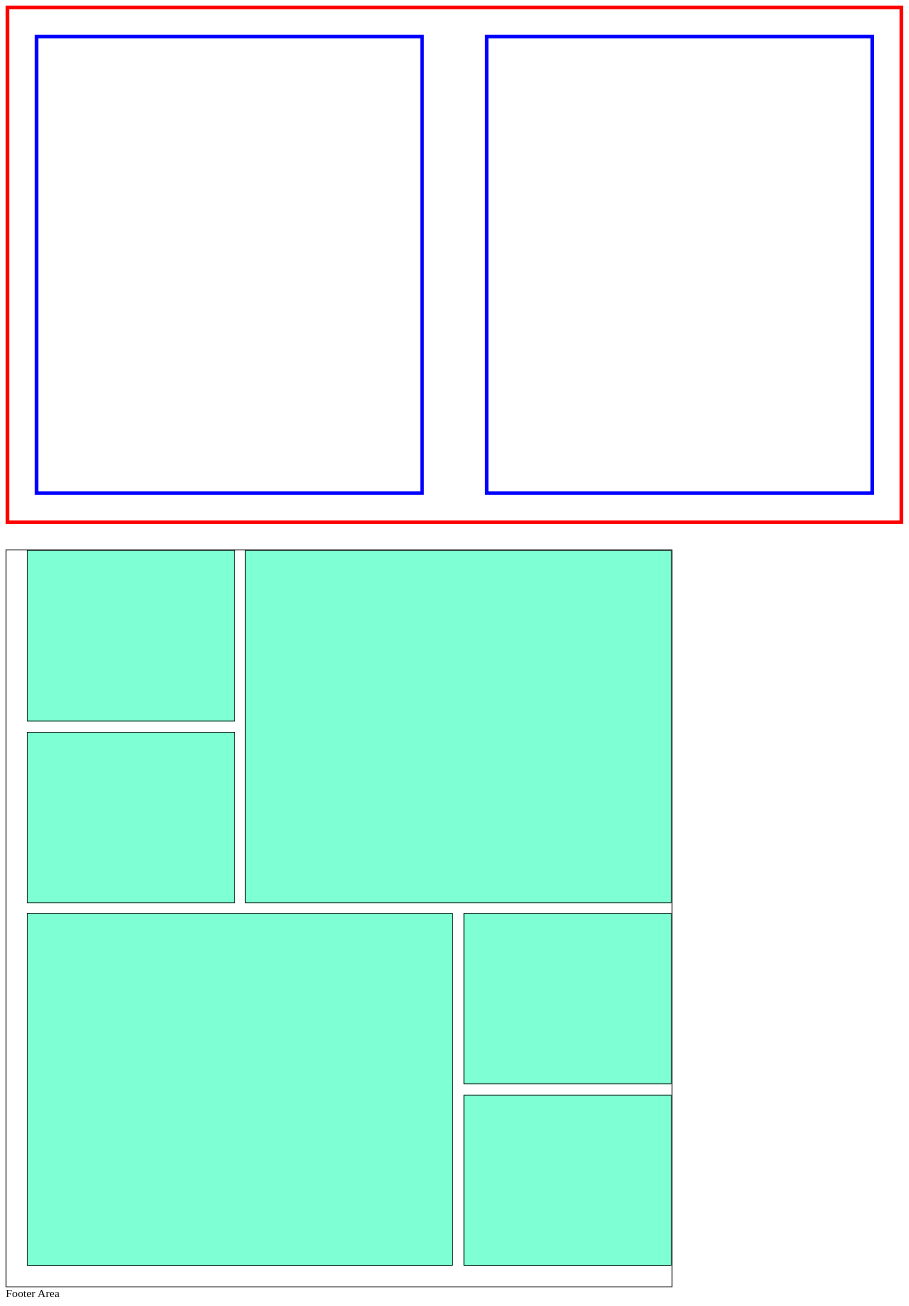
Repository: BwesewB/Brutalist-Website
Page: /
An editor plug-in stored every save of this project. The page is shown before and after the next save, followed by the edit.
The browser window is 1280 px wide. The pictures show the whole page, at 71% of full size.
The project was rebuilt for these pictures with package versions that can differ from the ones it lists, and the page was loaded fresh each time. The framework's server and built-in components were replaced by stand-ins that run in the browser. Also part of the build but not shown: next.config.mjs.

Above is the page before, as saved 2024-02-03 17:17:51.

### pages/index.js
import Head from "next/head";
import Image from "next/image";
import styles from "@/styles/Home.module.css";
import { useState } from "react";



export default function Home() {

  const[input,setInput] = useState();


  const classFilters = {
    1: 'Magician',
    2: 'Theif',
    4: 'Warrior',
    8: 'Bowman',
    16: 'Pirate',
    32: 'Nothing'
  }

const getClassStyle = flagValue => (input & flagValue) > 0 ? { backgroundColor: 'yellow'} : null;

  return (
    <>
      <Head>
        <title>Create Next App</title>
        <meta name="description" content="Generated by create next app" />
        <meta name="viewport" content="width=device-width, initial-scale=1" />
        <link rel="icon" href="/favicon.ico" />
      </Head>
      <main className={`${styles.main}`}>
        <div className={styles.titlePage}>
          <div className={styles.graphic}></div>
          <div className={styles.inputArea}></div>
        </div>
        <div className={styles.displayArea}>
          <div className={styles.posterOne}></div>
          <div className={styles.posterTwo}></div>
          <div className={styles.posterThree}></div>
          <div className={styles.posterFour}></div>
          <div className={styles.posterFive}></div>
          <div className={styles.posterSix}></div>
        </div>
      </main>
      <footer>
        Footer Area
      </footer>
    </>
  );
}

{/* <div class="inputArea">
<input
id="input"
type="text"
placeholder="bitmask decimal value"
value={input}
onChange={event => setInput(event.target.value)}
/>
</div>
<div class="posterArea" >                                                             need to change to posters
<table>
  <tbody>
    {
      Object.keys(classFilters).map(item => (
        <tr key={item} style={getClassStyle(item)}>
          <td>{item}</td>
          <td>{classFilters[item]}</td>
        </tr>
      ))
    }
  </tbody>
</table>
</div> */}

### styles/globals.css
:root{

}

### styles/Home.module.css
.main {
  display:grid;
  grid-template-columns: repeat(4, 1fr);
  gap:5vh;
}

/* <div class="titlePage">
<div class="graphic"></div>
<div class="inputArea"></div>
</div>
<div class="displayArea">
<div class="posterOne"></div>
<div class="posterTwo"></div>
<div class="posterThree"></div>
<div class="posterFour"></div>
<div class="posterFive"></div>
<div class="posterSix"></div>
</div> */

.titlePage{
  height:100vh;
  grid-column: 1/5;
  border: 5px solid red;
  display:grid;
  grid-template-columns: repeat(2, 1fr);
  gap:2vh;
}
.graphic, .inputArea{
  border: 5px solid blue;
  margin:5vh;
}
.graphic{
  grid-column: 1/2;

}
.inputArea{
  grid-column: 2/3;
}

/*---------------------------------------------------------------------------------------------------------*/
.displayArea {
  grid-column: 1/4;
/*--------------------------------------------------------------------------------------------------------- This needs to be in a component*/
  display: grid;
  grid-template-columns: repeat(3, 1fr);
  grid-template-rows: repeat(4, 1fr);
  gap: 2vh;
  border: 1px solid black;
  height:140vh;
  padding-left: 4vh;
  padding-bottom: 4vh;
}
/*---------------------------------------------------------------------------------------------------------*/

.posterOne,
.posterTwo,
.posterThree,
.posterFour,
.posterFive,
.posterSix {
  background-color: aquamarine;
  border: 1px solid black;
}

.posterTwo{
  grid-column: 2/4;
  grid-row: 1/3;
}

.posterFour{
  grid-column: 1/3;
  grid-row: 3/5;
}

Loaded but not shown: pages/_app.js (common file); pages/_document.js (common file)

After the next save:
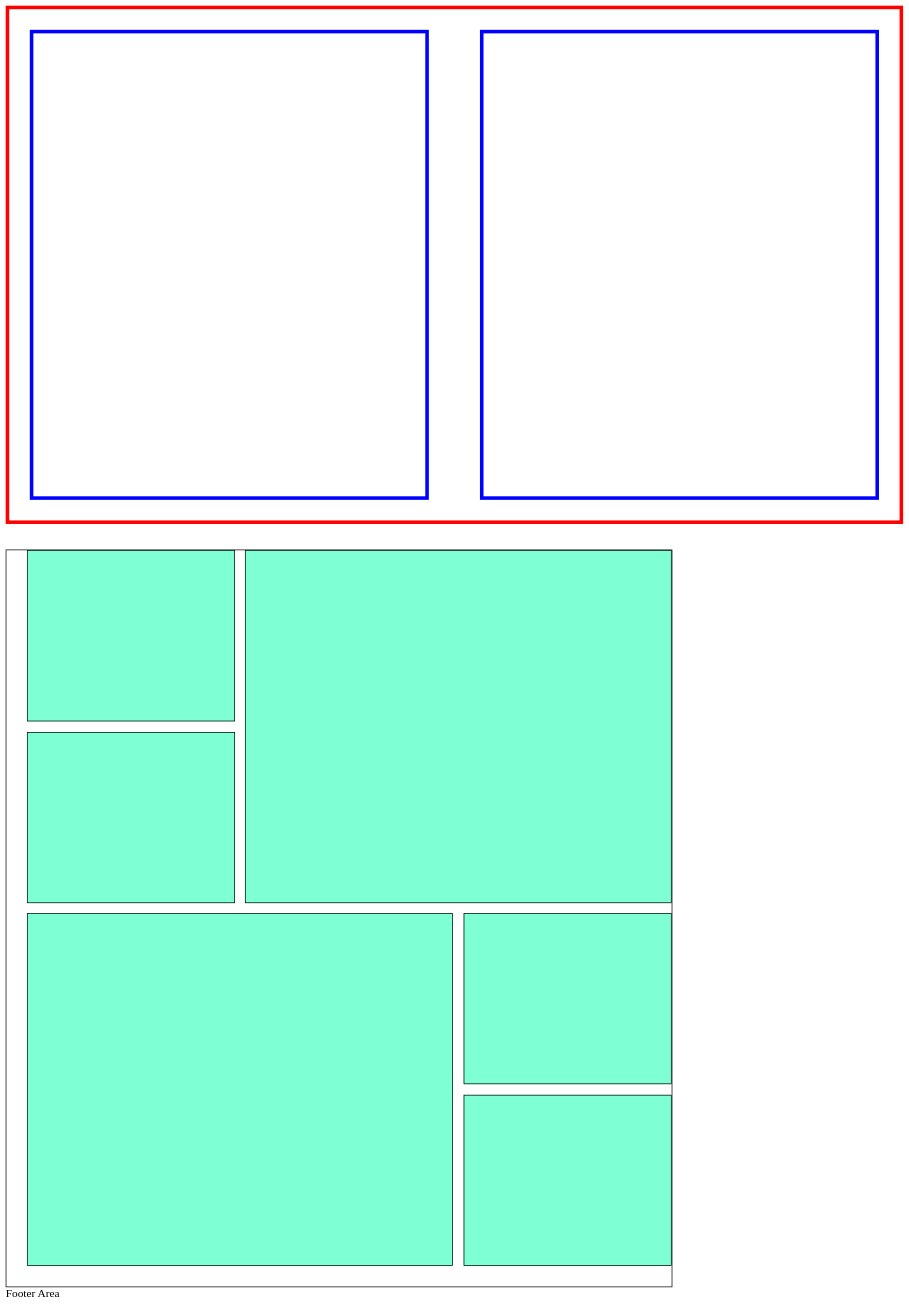
Saved 7 s later.
--- a/styles/Home.module.css
+++ b/styles/Home.module.css
@@ -27,7 +27,7 @@
 }
 .graphic, .inputArea{
   border: 5px solid blue;
-  margin:5vh;
+  margin:4vh;
 }
 .graphic{
   grid-column: 1/2;
